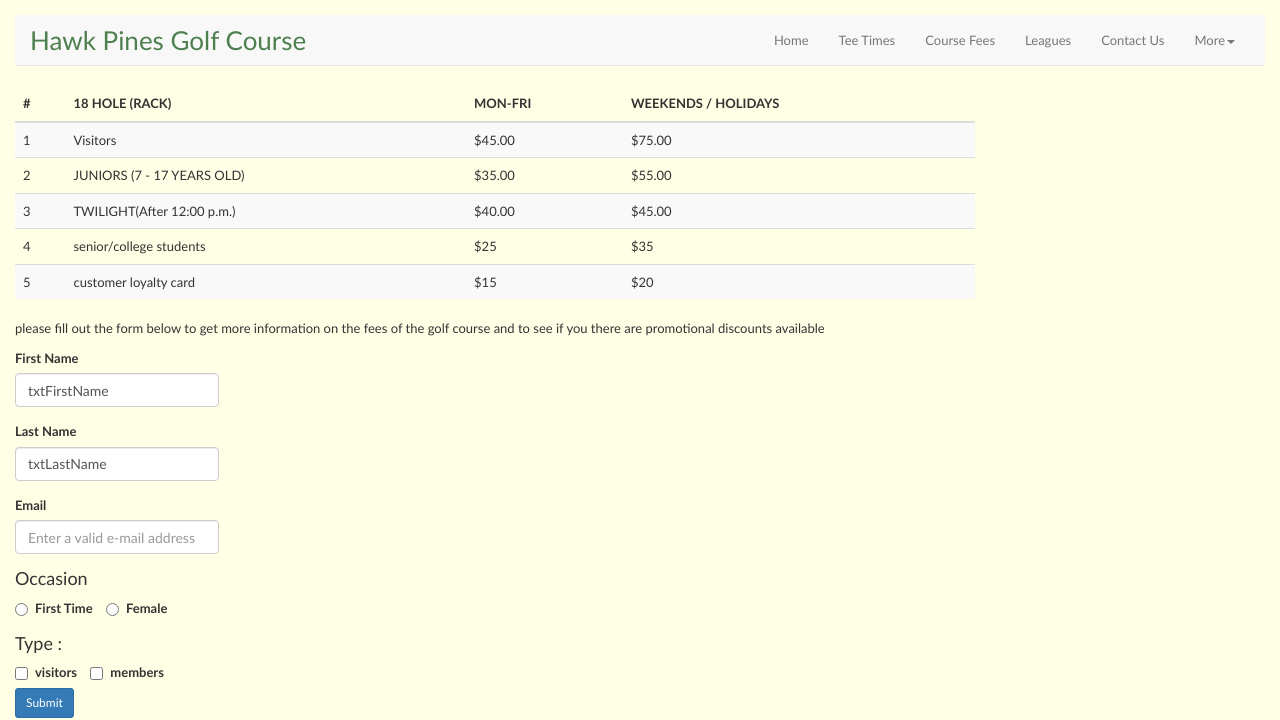
Repository: alia20/Golfcourse
Page: fees.html
The author's editor kept a record of every edit. The page is drawn from the files as they stood at one moment, then again after the next edit.
The browser window is 1280 px wide. The pictures show the whole page.

Above is the page before.

After the next edit:
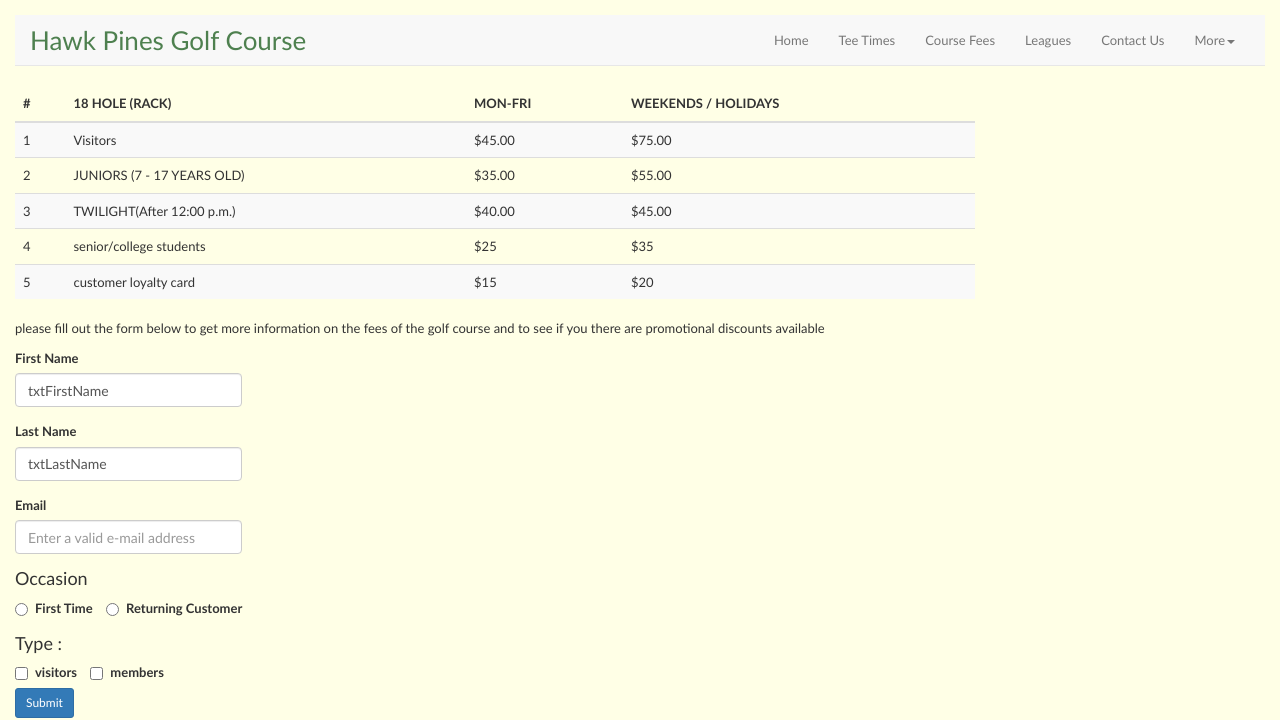
The edit:
--- a/fees.html
+++ b/fees.html
@@ -122,7 +122,7 @@
                         <label><input type="radio" name="opt1">First Time</label>
                     </div>
                     <div class="radio-inline">
-                        <label><input type="radio" name="opt2">Female</label>
+                        <label><input type="radio" name="opt2">Returning Customer</label>
                     </div>
 
                     <span class="sr-only">For Type</span>
